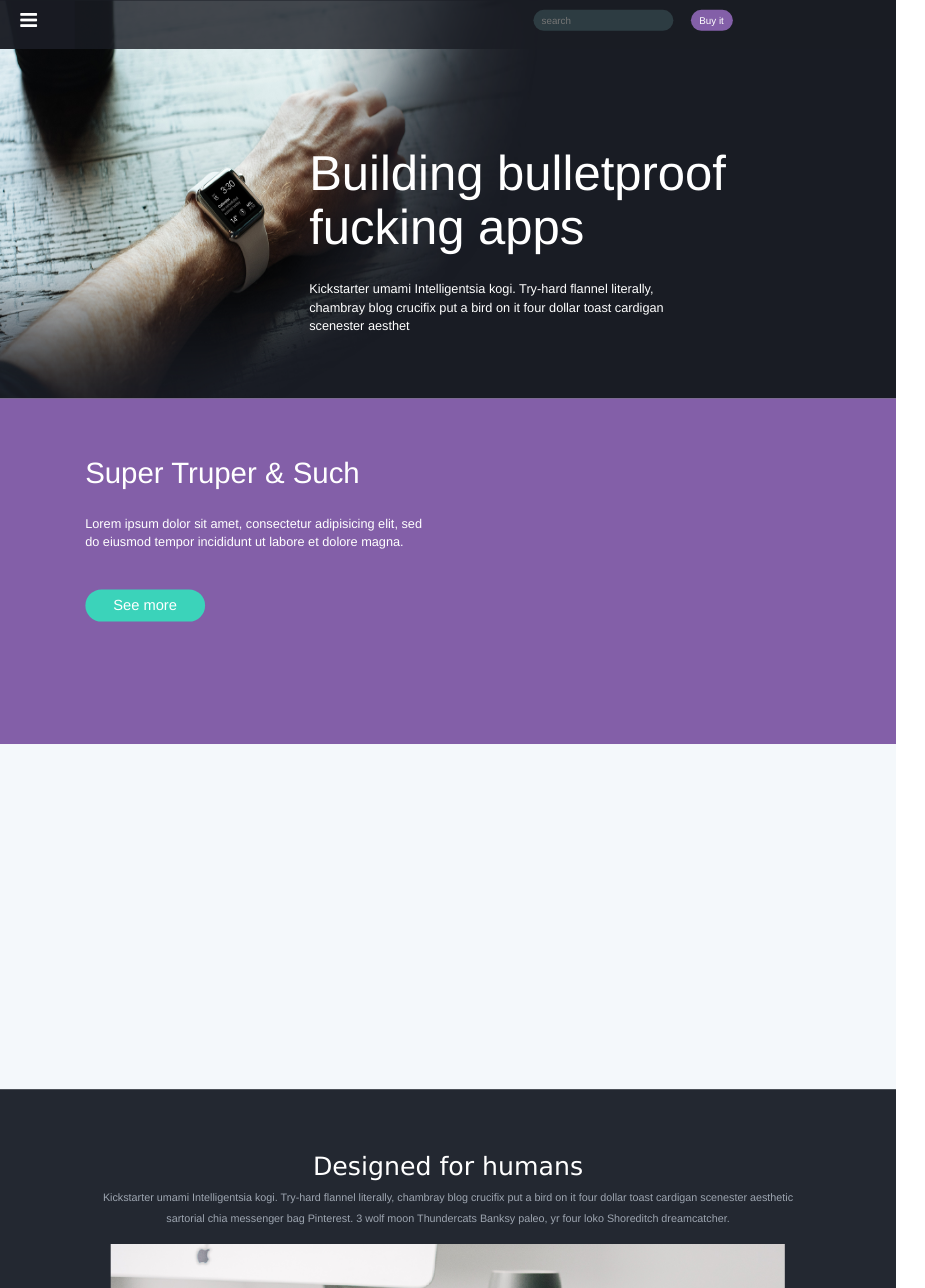
Repository: KatarzynaOwczarska/Tork
Page: Tork/WebContent/index.html
These files come from the project's save history. The page is drawn as it stood at one moment and after the next save; the edit follows.
The browser window is 1280 px wide. The page is 1321 px wide, so the pictures cover 1321 px, including what lies to the right of the window. The pictures show the part of the page from y = 0 to 1840 px (the page is 4699 px tall), at 70% of full size.
Backgrounds fixed to the window are drawn as part of the page.

Above is the page before, as saved 2017-02-06 13:46:39.

After the next save:
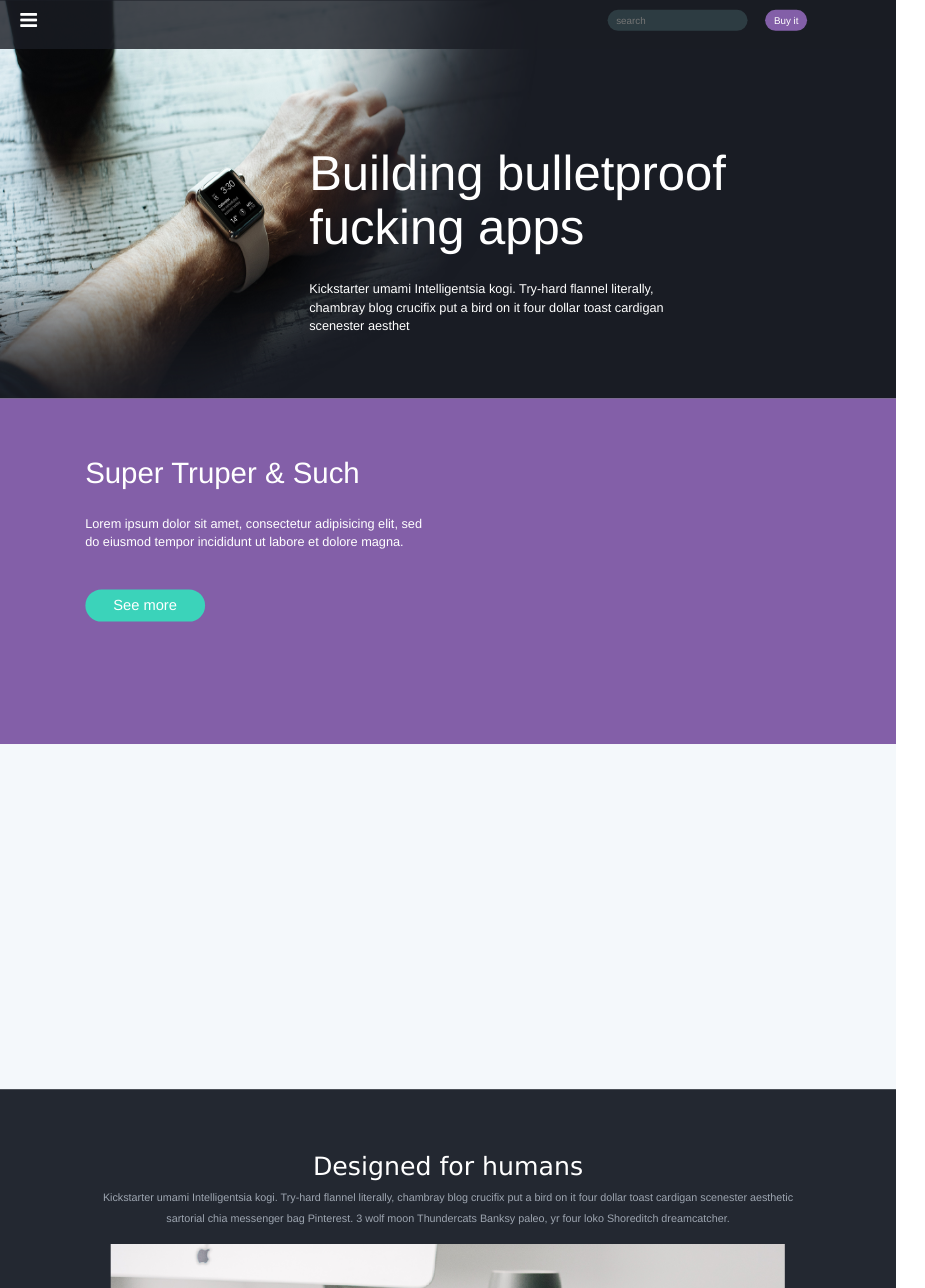
Saved 18 s later.
--- a/Tork/WebContent/index.html
+++ b/Tork/WebContent/index.html
@@ -17,7 +17,7 @@
 	<div class="row">
 		<div id="zegarek" class="col-xs-12" >
 				<header>
-					<div id="przesun" class="col-xs-1">
+					<div class="col-xs-1">
 						<span id="nav" class="fa fa-bars fa-2x" aria-hidden="true"></span>
 					</div>
 					<div class="col-xs-offset-1 col-xs-9 col-lg-offset-7 col-lg-3">
